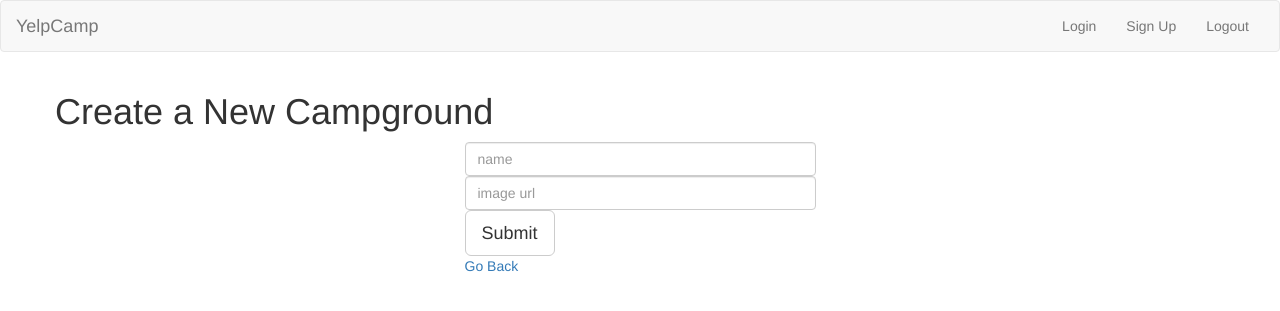
Repository: jersanmd/Learn-Node-JS
Page: http://localhost/campgrounds/new
The author's editor kept a record of every edit. The page is drawn from the files as they stood at one moment, then again after the next edit.
The browser window is 1280 px wide. The pictures show the whole page.
The page is served by the project's Node server (yelpcamp/app.js).

Above is the page before.

### yelpcamp/views/new.ejs
<% include partials/header %>

<div class="container">
    <div class="row">
        <h1>Create a New Campground</h1>
        <div style="width: 30%; margin: 0 auto">
            <form action="/campgrounds" method="POST">
                <input class="form-control" type="text" placeholder="name" name="name">
                <input class="form-control" type="text" placeholder="image url" name="image">
                <button class="btn btn-lg btn-default">Submit</button>
            </form>

            <a href="/campgrounds">Go Back</a>
        </div>

    </div>
</div>

<% include partials/footer %>

### yelpcamp/views/partials/header.ejs
<!DOCTYPE html>
<html>
    <head>
        <link rel="stylesheet" href="https://maxcdn.bootstrapcdn.com/bootstrap/3.3.5/css/bootstrap.min.css">
        <title>YelpCamp</title>
    </head>
    <body>

    <nav class="navbar navbar-default">
        <div class="container-fluid">
            <div class="navbar-header">
                <a class="navbar-brand" href="/">YelpCamp</a>
            </div>

            <div class="collapse navbar-collapse">
                <ul class="nav navbar-nav navbar-right">
                    <li><a href="/">Login</a></li>
                    <li><a href="/">Sign Up</a></li>
                    <li><a href="/">Logout</a></li>
                </ul>
            </div>
        </div>
    </nav>

### yelpcamp/app.js
var express = require("express");
var app = express();
var bodyParser = require("body-parser");

app.use(bodyParser.urlencoded({ extended: true }));
app.set("view engine", "ejs");

var campgrounds = [
    { name: "Salmon Creek", image: "https://images.unsplash.com/photo-1504280390367-361c6d9f38f4?ixlib=rb-1.2.1&ixid=eyJhcHBfaWQiOjEyMDd9&auto=format&fit=crop&w=500&q=60" },
    { name: "Granite Hill", image: "https://images.unsplash.com/photo-1517824806704-9040b037703b?ixlib=rb-1.2.1&ixid=eyJhcHBfaWQiOjEyMDd9&auto=format&fit=crop&w=500&q=60" },
    { name: "Mountain Goat", image: "https://images.unsplash.com/photo-1478131143081-80f7f84ca84d?ixlib=rb-1.2.1&ixid=eyJhcHBfaWQiOjEyMDd9&auto=format&fit=crop&w=500&q=60" }
];

app.get("/", function(req, res) {
    res.render("landing");
});

app.get("/campgrounds", function(req, res) {
    res.render("campgrounds", { campgrounds: campgrounds });
});

app.post("/campgrounds", function(req, res) {
    var name = req.body.name;
    var image = req.body.image;
    var newCampground = { name: name, image: image };
    campgrounds.push(newCampground);

    res.redirect("/campgrounds");
})

app.get("/campgrounds/new", function(req, res) {
    res.render("new.ejs");
});

app.listen(process.env.PORT, process.env.IP, function() {
    console.log("YelpCamp server has started.");
})

Loaded but not shown: yelpcamp/views/partials/footer.ejs (common file)

After the next edit:
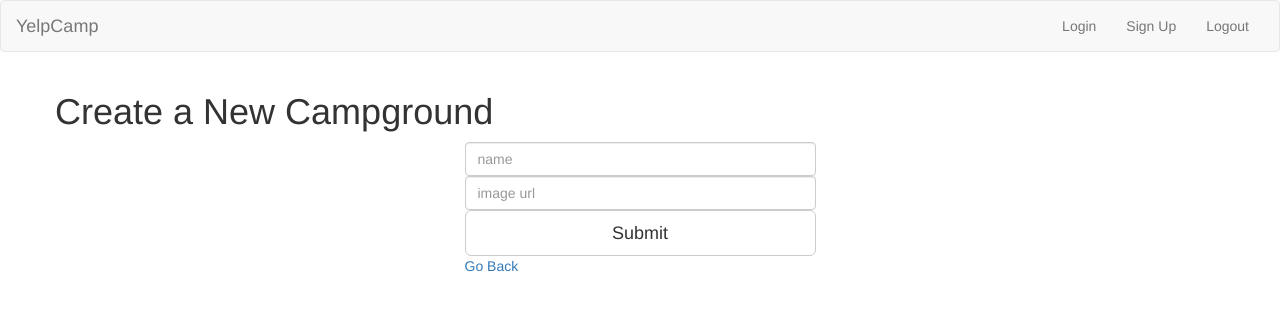
The edit:
--- a/yelpcamp/views/new.ejs
+++ b/yelpcamp/views/new.ejs
@@ -7,7 +7,7 @@
             <form action="/campgrounds" method="POST">
                 <input class="form-control" type="text" placeholder="name" name="name">
                 <input class="form-control" type="text" placeholder="image url" name="image">
-                <button class="btn btn-lg btn-default">Submit</button>
+                <button class="btn btn-lg btn-default btn-block">Submit</button>
             </form>
 
             <a href="/campgrounds">Go Back</a>
